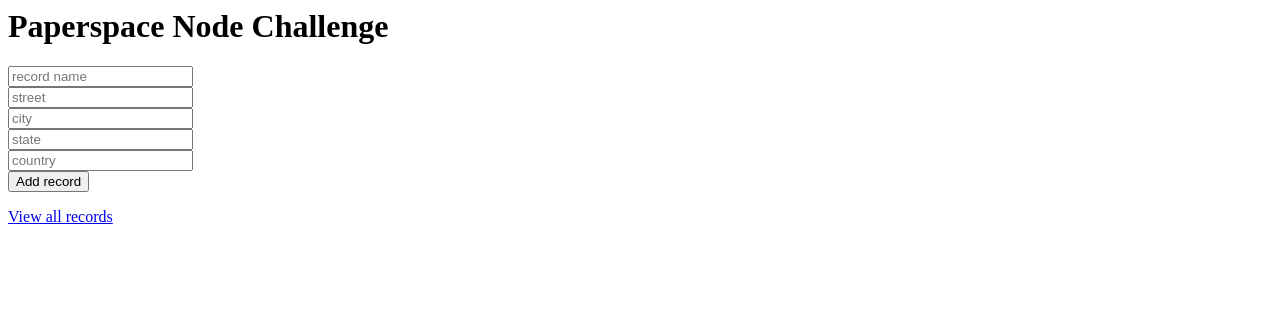
Repository: demesvardestin/paperspace-node
Page: public/index.html
The author's editor kept a record of every edit. The page is drawn from the files as they stood at one moment, then again after the next edit.
The browser window is 1280 px wide. The pictures show the whole page.

Above is the page before.

### public/index.html
<h1>Paperspace Node Challenge</h1>

<section id="new-record-form">
    <form action="/addresses" method="post">
        <div class="field">
            <input type="text" class="form-control" name="name" placeholder="record name">
        </div>

        <div class="field">
            <input type="text" class="form-control" name="street" placeholder="street">
        </div>

        <div class="field">
            <input type="text" class="form-control" name="city" placeholder="city">
        </div>

        <div class="field">
            <input type="text" class="form-control" name="state" placeholder="state">
        </div>

        <div class="field">
            <input type="text" class="form-control" name="country" placeholder="country">
        </div>

        <div class="actions">
            <input type="button" value="Add record">
        </div>
    </form>
</section>

<section id="view-records">
    <a type="button" href="/addresses">
        View all records
    </a>
</section>

After the next edit:
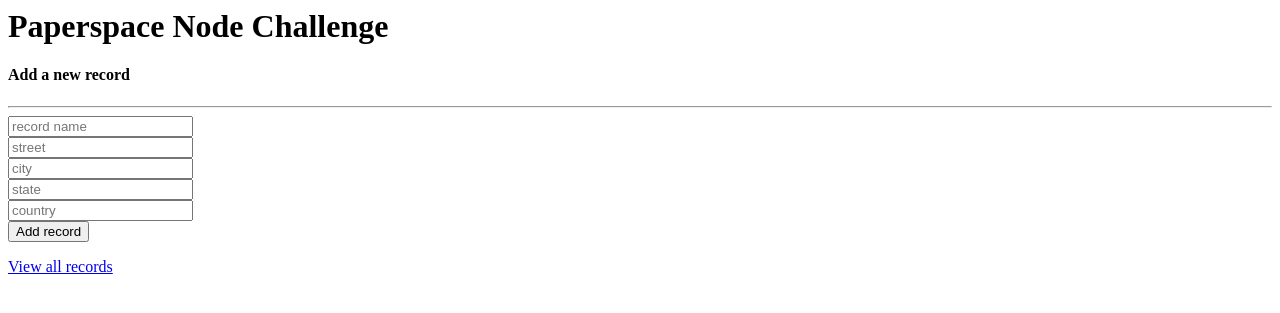
The edit:
--- a/public/index.html
+++ b/public/index.html
@@ -1,6 +1,8 @@
 <h1>Paperspace Node Challenge</h1>
 
 <section id="new-record-form">
+    <h4>Add a new record</h4>
+    <hr>
     <form action="/addresses" method="post">
         <div class="field">
             <input type="text" class="form-control" name="name" placeholder="record name">
